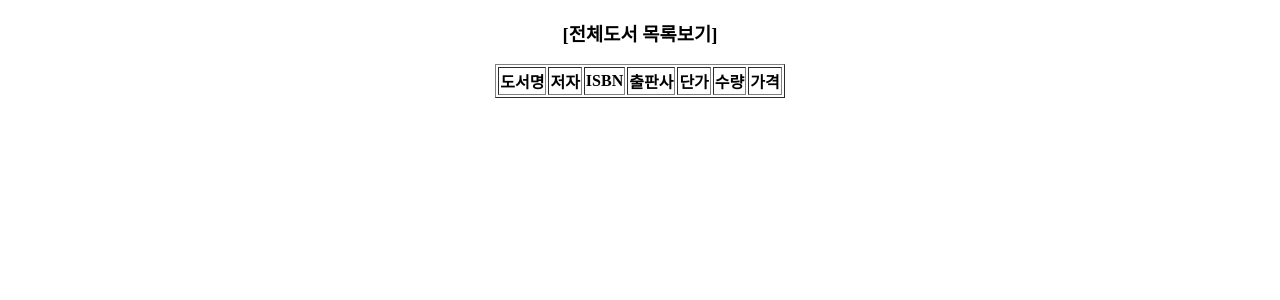
Repository: youngmoon525/Jsp_Servlet
Page: http://localhost/05.TestJSP/getAllList.jsp
These files come from the project's save history. The page is drawn as it stood at one moment and after the next save; the edit follows.
The browser window is 1280 px wide. The pictures show the whole page.
The page is served by Tomcat 9. Queries for data that is not in the repository find no rows.

Above is the page before, as saved 2021-09-13 02:49:11.

After the next save:
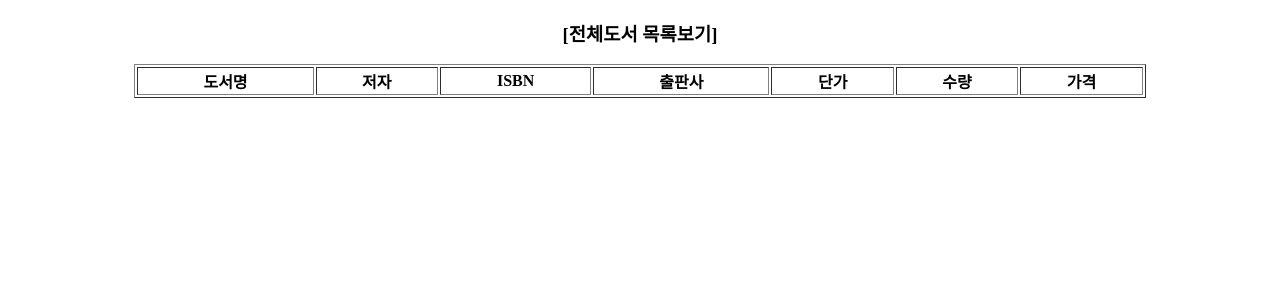
Saved 33 s later.
--- a/workspace/05.TestJSP/WebContent/getAllList.jsp
+++ b/workspace/05.TestJSP/WebContent/getAllList.jsp
@@ -15,7 +15,7 @@ ArrayList<BookDTO> list = dao.searchAllBook();
 <body>
 <div align="center">
 <h3>[전체도서 목록보기]</h3>
-<table border="1">
+<table border="1" style="width: 80%">
 	<tr>
 		<th>도서명</th>
 		<th>저자</th>
@@ -25,6 +25,8 @@ ArrayList<BookDTO> list = dao.searchAllBook();
 		<th>수량</th>
 		<th>가격</th>
 	</tr>
+
+
 </table>
 </div>
 </body>
